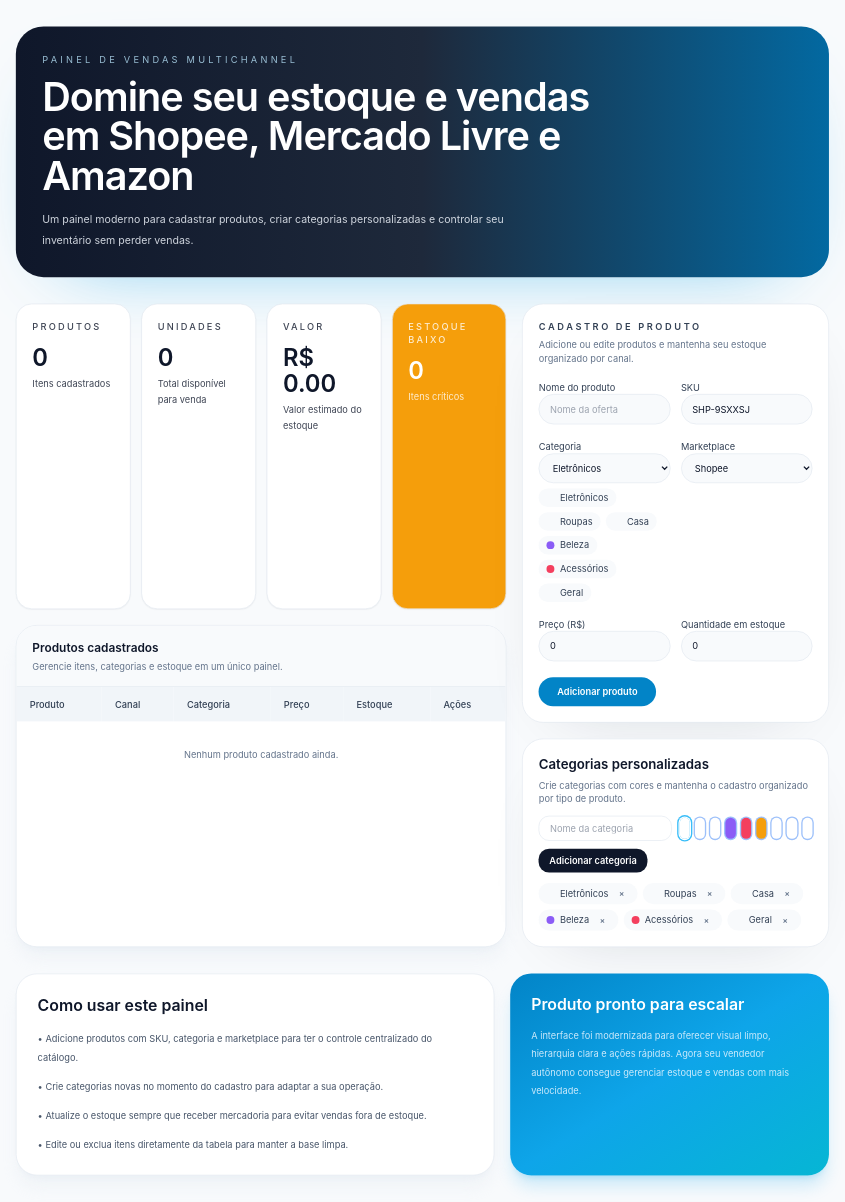
Repository: jorcardjunior/Ponto-Das-Ofertas-
Page: /
An editor plug-in stored every save of this project. The page is shown before and after the next save, followed by the edit.
The browser window is 1280 px wide. The pictures show the whole page, at 66% of full size.
The project was rebuilt for these pictures with package versions that can differ from the ones it lists, and the page was loaded fresh each time. The framework's server and built-in components were replaced by stand-ins that run in the browser. Also part of the build but not shown: next.config.js, next.config.mjs.

Above is the page before, as saved 2026-06-07 01:02:15.

### app/layout.tsx
import './globals.css';
import type { Metadata } from 'next';

export const metadata: Metadata = {
  title: 'Promptfy OS — Vendas Multichannel',
  description: 'Sistema inteligente para controlar estoque e vendas em Shopee, Mercado Livre e Amazon.',
};

export default function RootLayout({ children }: { children: React.ReactNode }) {
  return (
    <html lang="pt-BR">
      <body>{children}</body>
    </html>
  );
}

### app/page.tsx
'use client';

import { useEffect, useMemo, useState } from 'react';
import { MetricCard } from '../components/MetricCard';
import { ProductForm } from '../components/ProductForm';
import { ProductTable } from '../components/ProductTable';
import { CategoryManager } from '../components/CategoryManager';

type Product = {
  id: string;
  name: string;
  sku: string;
  category: string;
  marketplace: string;
  price: number;
  stock: number;
};

type Category = { name: string; color: string };

const STORAGE_PRODUCTS = 'promptfyos-products';
const STORAGE_CATEGORIES = 'promptfyos-categories';
const LOW_STOCK_THRESHOLD = 5;

const initialCategories: Category[] = [
  { name: 'Eletrônicos', color: '#0ea5e9' },
  { name: 'Roupas', color: '#f97316' },
  { name: 'Casa', color: '#10b981' },
  { name: 'Beleza', color: '#a78bfa' },
  { name: 'Acessórios', color: '#f43f5e' },
  { name: 'Geral', color: '#94a3b8' },
];
const marketplaces = ['Shopee', 'Mercado Livre', 'Amazon'];

export default function Home() {
  const [products, setProducts] = useState<Product[]>([]);
  const [categories, setCategories] = useState<Category[]>(initialCategories);
  const [selectedProduct, setSelectedProduct] = useState<Product | null>(null);

  useEffect(() => {
    const storedProducts = typeof window !== 'undefined' ? window.localStorage.getItem(STORAGE_PRODUCTS) : null;
    const storedCategories = typeof window !== 'undefined' ? window.localStorage.getItem(STORAGE_CATEGORIES) : null;

    if (storedProducts) {
      try {
        setProducts(JSON.parse(storedProducts) as Product[]);
      } catch {
        setProducts([]);
      }
    }

    if (storedCategories) {
      try {
        const parsedCategories = JSON.parse(storedCategories) as Category[];
        if (Array.isArray(parsedCategories) && parsedCategories.length > 0) {
          setCategories(parsedCategories);
        }
      } catch {
        setCategories(initialCategories);
      }
    }
  }, []);

  useEffect(() => {
    if (typeof window !== 'undefined') {
      window.localStorage.setItem(STORAGE_PRODUCTS, JSON.stringify(products));
    }
  }, [products]);

  useEffect(() => {
    if (typeof window !== 'undefined') {
      window.localStorage.setItem(STORAGE_CATEGORIES, JSON.stringify(categories));
    }
  }, [categories]);

  const metrics = useMemo(() => {
    const totalProducts = products.length;
    const totalStock = products.reduce((sum, product) => sum + product.stock, 0);
    const inventoryValue = products.reduce((sum, product) => sum + product.price * product.stock, 0);
    const lowStockCount = products.filter((product) => product.stock <= LOW_STOCK_THRESHOLD).length;

    return {
      totalProducts,
      totalStock,
      inventoryValue,
      lowStockCount,
    };
  }, [products]);

  function handleSave(product: Product) {
    if (!categories.find((c) => c.name === product.category)) {
      setCategories((current) => [{ name: product.category, color: '#94a3b8' }, ...current]);
    }

    if (selectedProduct && selectedProduct.id === product.id) {
      setProducts((current) => current.map((item) => (item.id === product.id ? product : item)));
    } else {
      setProducts((current) => [product, ...current]);
    }
    setSelectedProduct(null);
  }

  function handleEdit(product: Product) {
    setSelectedProduct(product);
  }

  function handleDelete(id: string) {
    setProducts((current) => current.filter((product) => product.id !== id));
    if (selectedProduct?.id === id) {
      setSelectedProduct(null);
    }
  }

  function handleCreateCategory(category: Category) {
    setCategories((current) => {
      if (current.some((item) => item.name.toLowerCase() === category.name.toLowerCase())) {
        return current;
      }
      return [category, ...current];
    });
  }

  function handleDeleteCategory(name: string) {
    setCategories((current) => current.filter((category) => category.name !== name));
  }

  return (
    <main className="min-h-screen bg-slate-50 text-slate-900">
      <div className="mx-auto max-w-7xl px-6 py-10">
        <header className="mb-10 rounded-[42px] bg-gradient-to-r from-slate-900 via-slate-800 to-sky-700 p-10 text-white shadow-[0_40px_120px_-80px_rgba(14,165,233,0.8)]">
          <div className="max-w-4xl">
            <p className="text-sm uppercase tracking-[0.35em] text-sky-200/80">Painel de vendas multichannel</p>
            <h1 className="mt-4 text-5xl font-semibold tracking-tight sm:text-6xl">Domine seu estoque e vendas em Shopee, Mercado Livre e Amazon</h1>
            <p className="mt-5 max-w-3xl text-base leading-8 text-slate-200/90">
              Um painel moderno para cadastrar produtos, criar categorias personalizadas e controlar seu inventário sem perder vendas.
            </p>
          </div>
        </header>

        <section className="grid gap-6 xl:grid-cols-[1.6fr_1fr]">
          <div className="grid gap-6">
            <div className="grid gap-4 sm:grid-cols-2 xl:grid-cols-4">
              <MetricCard label="Produtos" value={metrics.totalProducts} description="Itens cadastrados" />
              <MetricCard label="Unidades" value={metrics.totalStock} description="Total disponível para venda" />
              <MetricCard label="Valor" value={`R$ ${metrics.inventoryValue.toFixed(2)}`} description="Valor estimado do estoque" />
              <MetricCard label="Estoque baixo" value={metrics.lowStockCount} description="Itens críticos" variant="warning" />
            </div>

            <ProductTable products={products} categories={categories} lowStockThreshold={LOW_STOCK_THRESHOLD} onEdit={handleEdit} onDelete={handleDelete} />
          </div>

          <div className="space-y-6">
            <ProductForm categories={categories} marketplaces={marketplaces} onSave={handleSave} selected={selectedProduct} onCancelEdit={() => setSelectedProduct(null)} />

            <div className="rounded-[32px] border border-slate-200 bg-white p-6 shadow-[0_30px_100px_-60px_rgba(15,23,42,0.2)]">
              <h2 className="text-xl font-semibold text-slate-900">Categorias personalizadas</h2>
              <p className="mt-2 text-sm text-slate-500">Crie categorias com cores e mantenha o cadastro organizado por tipo de produto.</p>
              <CategoryManager categories={categories} onCreate={handleCreateCategory} onDelete={handleDeleteCategory} />
            </div>
          </div>
        </section>

        <section className="mt-10 grid gap-6 lg:grid-cols-[1.2fr_0.8fr]">
          <div className="rounded-[32px] border border-slate-200 bg-white p-8 shadow-xl shadow-slate-200/40">
            <h2 className="text-2xl font-semibold text-slate-900">Como usar este painel</h2>
            <ul className="mt-5 space-y-4 text-sm leading-7 text-slate-600">
              <li>• Adicione produtos com SKU, categoria e marketplace para ter o controle centralizado do catálogo.</li>
              <li>• Crie categorias novas no momento do cadastro para adaptar a sua operação.</li>
              <li>• Atualize o estoque sempre que receber mercadoria para evitar vendas fora de estoque.</li>
              <li>• Edite ou exclua itens diretamente da tabela para manter a base limpa.</li>
            </ul>
          </div>

          <div className="rounded-[32px] bg-gradient-to-br from-sky-600 via-sky-500 to-cyan-500 p-8 text-white shadow-xl shadow-sky-500/20">
            <h2 className="text-2xl font-semibold">Produto pronto para escalar</h2>
            <p className="mt-4 text-sm leading-7 text-sky-100/90">
              A interface foi modernizada para oferecer visual limpo, hierarquia clara e ações rápidas. Agora seu vendedor autônomo consegue gerenciar estoque e vendas com mais velocidade.
            </p>
          </div>
        </section>
      </div>
    </main>
  );
}

### app/globals.css
@tailwind base;
@tailwind components;
@tailwind utilities;

:root {
  color-scheme: light;
  font-family: Inter, system-ui, -apple-system, BlinkMacSystemFont, 'Segoe UI', sans-serif;
  background-color: #f8fafc;
  color: #111827;
}

html, body {
  min-height: 100%;
}

body {
  margin: 0;
}

* {
  box-sizing: border-box;
}

### components/MetricCard.tsx
type MetricCardProps = {
  label: string;
  value: string | number;
  description: string;
  variant?: 'default' | 'success' | 'warning';
};

const variantStyles: Record<string, string> = {
  default: 'bg-white border-slate-200 text-slate-900',
  success: 'bg-emerald-600 text-white',
  warning: 'bg-amber-500 text-white',
};

export function MetricCard({ label, value, description, variant = 'default' }: MetricCardProps) {
  return (
    <div className={`rounded-3xl border p-6 shadow-sm ${variantStyles[variant]}`}>
      <p className="text-sm font-medium uppercase tracking-[0.24em] opacity-80">{label}</p>
      <p className="mt-4 text-4xl font-semibold">{value}</p>
      <p className="mt-2 text-sm leading-6 opacity-80">{description}</p>
    </div>
  );
}

### components/ProductTable.tsx
'use client';

import { getCategoryColorClass } from '../lib/categoryColors';

type Product = {
  id: string;
  name: string;
  sku: string;
  category: string;
  marketplace: string;
  price: number;
  stock: number;
};

type Category = { name: string; color: string };

type ProductTableProps = {
  products: Product[];
  categories?: Category[];
  lowStockThreshold: number;
  onEdit: (product: Product) => void;
  onDelete: (id: string) => void;
};

const marketplaceStyles: Record<string, string> = {
  Shopee: 'bg-orange-100 text-orange-800',
  'Mercado Livre': 'bg-emerald-100 text-emerald-800',
  Amazon: 'bg-yellow-100 text-amber-800',
};

export function ProductTable({ products, categories = [], lowStockThreshold, onEdit, onDelete }: ProductTableProps) {
  return (
    <div className="overflow-hidden rounded-[32px] border border-slate-200 bg-white shadow-xl shadow-slate-200/40">
      <div className="px-6 py-5 border-b border-slate-200 bg-slate-50">
        <h2 className="text-lg font-semibold text-slate-900">Produtos cadastrados</h2>
        <p className="mt-1 text-sm text-slate-500">Gerencie itens, categorias e estoque em um único painel.</p>
      </div>

      <div className="overflow-x-auto">
        <table className="min-w-full border-separate border-spacing-0 text-left text-sm">
          <thead>
            <tr className="bg-slate-100 text-slate-700">
              <th className="px-5 py-4 font-medium">Produto</th>
              <th className="px-5 py-4 font-medium">Canal</th>
              <th className="px-5 py-4 font-medium">Categoria</th>
              <th className="px-5 py-4 font-medium">Preço</th>
              <th className="px-5 py-4 font-medium">Estoque</th>
              <th className="px-5 py-4 font-medium">Ações</th>
            </tr>
          </thead>
          <tbody>
            {products.length === 0 ? (
              <tr>
                <td colSpan={6} className="px-5 py-10 text-center text-sm text-slate-500">
                  Nenhum produto cadastrado ainda.
                </td>
              </tr>
            ) : (
              products.map((product) => {
                const lowStock = product.stock <= lowStockThreshold;
                return (
                  <tr key={product.id} className="border-b border-slate-200 last:border-b-0 transition hover:bg-slate-50">
                    <td className="px-5 py-4">
                      <div className="font-semibold text-slate-900">{product.name}</div>
                      <div className="mt-1 text-xs text-slate-500">SKU: {product.sku}</div>
                    </td>
                    <td className="px-5 py-4">
                      <span className={`inline-flex rounded-2xl px-3 py-1 text-xs font-semibold ${marketplaceStyles[product.marketplace] ?? 'bg-slate-100 text-slate-700'}`}>
                        {product.marketplace}
                      </span>
                    </td>
                    <td className="px-5 py-4 text-slate-700">
                      <div className="inline-flex items-center gap-2">
                        <span className={`h-3 w-3 rounded-full ${getCategoryColorClass((categories.find((c) => c.name === product.category)?.color) ?? '#94a3b8')}`} />
                        <span>{product.category}</span>
                      </div>
                    </td>
                    <td className="px-5 py-4 text-slate-700">R$ {product.price.toFixed(2)}</td>
                    <td className="px-5 py-4">
                      <span className={`inline-flex rounded-full px-3 py-1 text-xs font-semibold ${lowStock ? 'bg-amber-100 text-amber-700' : 'bg-emerald-100 text-emerald-700'}`}>
                        {product.stock} em estoque
                      </span>
                    </td>
                    <td className="px-5 py-4 space-x-2">
                      <button onClick={() => onEdit(product)} className="rounded-2xl bg-slate-900 px-4 py-2 text-xs font-semibold text-white transition hover:bg-slate-700">
                        Editar
                      </button>
                      <button onClick={() => onDelete(product.id)} className="rounded-2xl bg-rose-500 px-4 py-2 text-xs font-semibold text-white transition hover:bg-rose-600">
                        Excluir
                      </button>
                    </td>
                  </tr>
                );
              })
            )}
          </tbody>
        </table>
      </div>
    </div>
  );
}

### components/CategoryManager.tsx
'use client';

import { useState } from 'react';
import { getCategoryColorClass } from '../lib/categoryColors';

type Category = { name: string; color: string };

type Props = {
  categories: Category[];
  onCreate: (c: Category) => void;
  onDelete?: (name: string) => void;
};

const PALETTE = ['#0ea5e9', '#f97316', '#10b981', '#a78bfa', '#f43f5e', '#f59e0b', '#60a5fa', '#ef4444', '#94a3b8'];

export function CategoryManager({ categories, onCreate, onDelete }: Props) {
  const [name, setName] = useState('');
  const [color, setColor] = useState(PALETTE[0]);
  const [error, setError] = useState('');

  function handleAdd() {
    const trimmedName = name.trim();
    if (!trimmedName) {
      setError('Informe um nome de categoria.');
      return;
    }

    if (categories.some((category) => category.name.toLowerCase() === trimmedName.toLowerCase())) {
      setError('Essa categoria já existe.');
      return;
    }

    setError('');
    onCreate({ name: trimmedName, color });
    setName('');
  }

  return (
    <div className="mt-4">
      <div className="grid gap-3 sm:grid-cols-2">
        <input value={name} onChange={(e) => setName(e.target.value)} placeholder="Nome da categoria" className="w-full rounded-2xl border border-slate-200 px-4 py-2 text-sm outline-none" />
        <div className="flex items-center gap-2">
          {PALETTE.map((c) => (
            <button key={c} type="button" onClick={() => setColor(c)} className={`h-8 w-8 rounded-full ${getCategoryColorClass(c)} ring-2 ${color === c ? 'ring-offset-2 ring-sky-400' : ''}`} aria-label={c} />
          ))}
        </div>
      </div>

      <div className="mt-3 space-y-3">
        <button onClick={handleAdd} className="rounded-2xl bg-slate-900 px-4 py-2 text-sm font-semibold text-white">Adicionar categoria</button>
        {error && <p className="text-sm text-rose-600">{error}</p>}
      </div>

      <div className="mt-4 flex flex-wrap gap-2">
        {categories.length === 0 ? (
          <div className="rounded-2xl border border-dashed border-slate-300 px-4 py-3 text-sm text-slate-500">Nenhuma categoria cadastrada ainda.</div>
        ) : (
          categories.map((c) => (
            <div key={c.name} className="inline-flex items-center gap-2 rounded-full bg-slate-50 px-3 py-1 text-sm">
              <span className={`h-3 w-3 rounded-full ${getCategoryColorClass(c.color)}`} />
              <span className="text-slate-700">{c.name}</span>
              {onDelete && (
                <button type="button" onClick={() => onDelete(c.name)} className="rounded-full px-2 py-1 text-xs font-semibold text-slate-500 transition hover:text-slate-900">
                  ×
                </button>
              )}
            </div>
          ))
        )}
      </div>
    </div>
  );
}

### lib/categoryColors.ts
export const CATEGORY_COLOR_CLASSES: Record<string, string> = {
  '#0ea5e9': 'bg-sky-500',
  '#f97316': 'bg-orange-500',
  '#10b981': 'bg-emerald-500',
  '#a78bfa': 'bg-violet-500',
  '#f43f5e': 'bg-rose-500',
  '#f59e0b': 'bg-amber-500',
  '#60a5fa': 'bg-blue-400',
  '#ef4444': 'bg-red-500',
  '#94a3b8': 'bg-slate-400',
};

export function getCategoryColorClass(color: string) {
  return CATEGORY_COLOR_CLASSES[color] ?? 'bg-slate-400';
}

Loaded but not shown: tailwind.config.js (10 lines, source omitted); components/ProductForm.tsx (166 lines, source omitted)

After the next save:
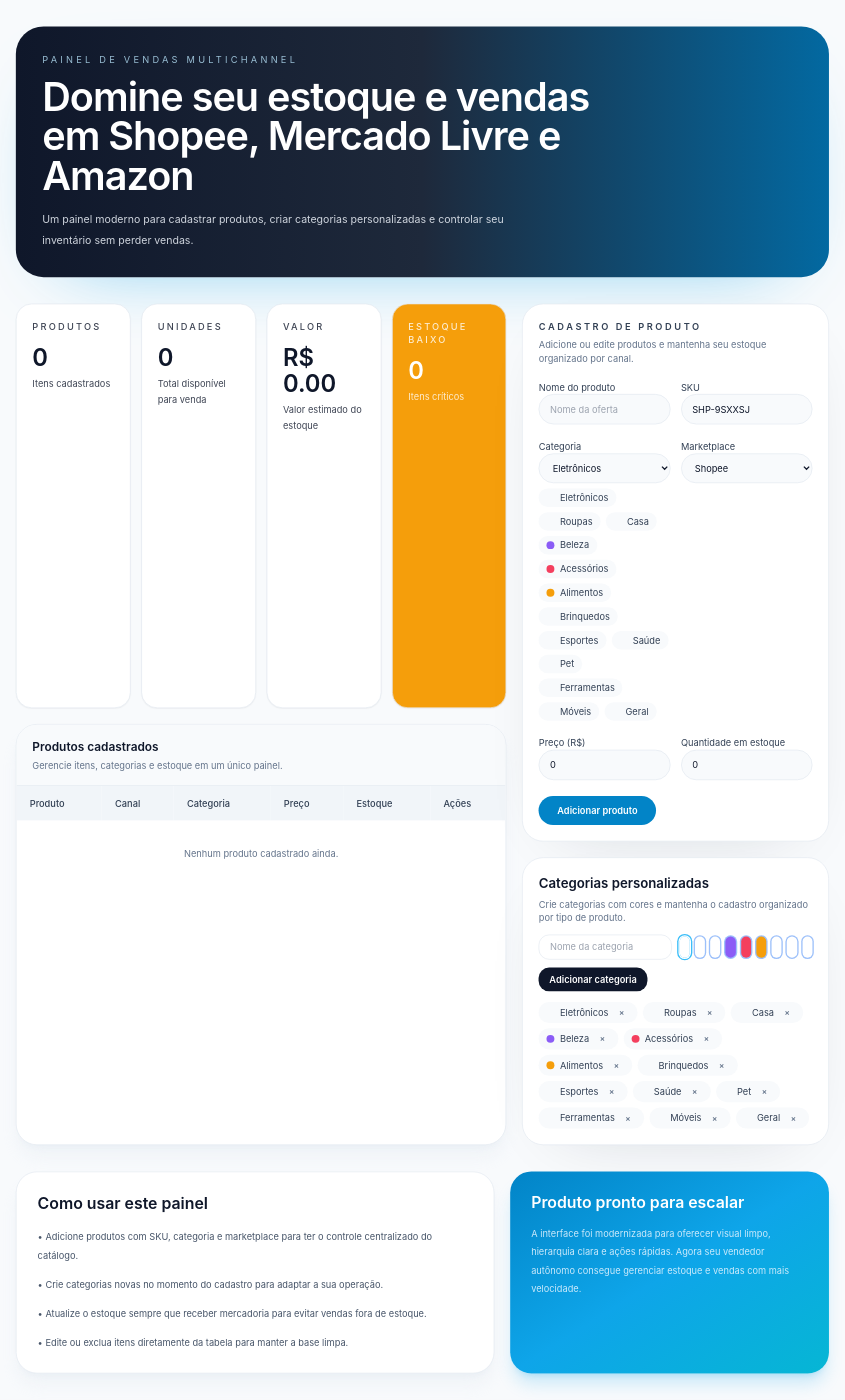
Saved 7 s later.
--- a/app/page.tsx
+++ b/app/page.tsx
@@ -28,6 +28,13 @@ const initialCategories: Category[] = [
   { name: 'Casa', color: '#10b981' },
   { name: 'Beleza', color: '#a78bfa' },
   { name: 'Acessórios', color: '#f43f5e' },
+  { name: 'Alimentos', color: '#f59e0b' },
+  { name: 'Brinquedos', color: '#60a5fa' },
+  { name: 'Esportes', color: '#ef4444' },
+  { name: 'Saúde', color: '#22c55e' },
+  { name: 'Pet', color: '#8b5cf6' },
+  { name: 'Ferramentas', color: '#f97316' },
+  { name: 'Móveis', color: '#38bdf8' },
   { name: 'Geral', color: '#94a3b8' },
 ];
 const marketplaces = ['Shopee', 'Mercado Livre', 'Amazon'];
